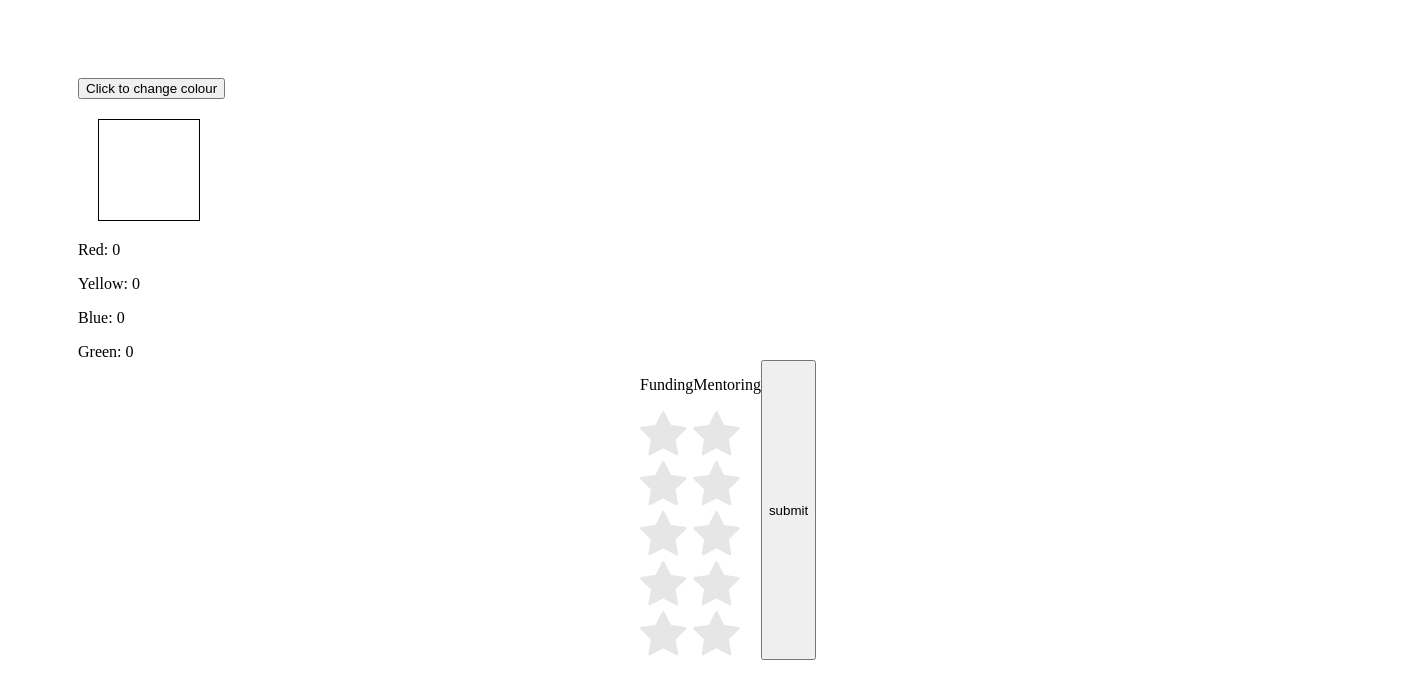
Repository: samalty/star-rating-system-js-test
Page: home.html
The author's editor kept a record of every edit. The page is drawn from the files as they stood at one moment, then again after the next edit.
The browser window is 1280 px wide. The page is 1412 px wide, so the pictures cover 1412 px, including what lies to the right of the window. The pictures show the whole page.

Above is the page before.

After the next edit:
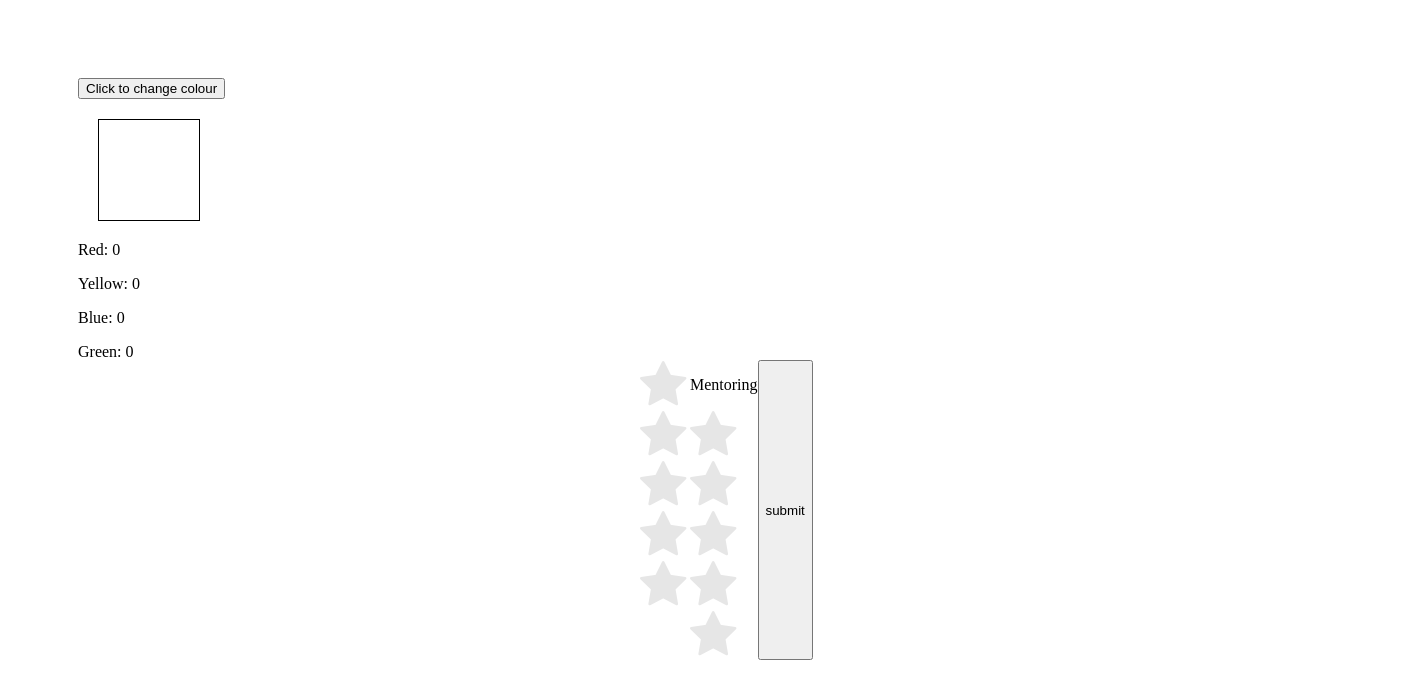
The edit:
--- a/home.html
+++ b/home.html
@@ -20,7 +20,6 @@
         <div class="container">
             <form name="stars" class="starsForm" onsubmit="return overallRating()">
                 <div class="starContainer1">
-                    <p>Funding</p>
                     <input type="radio" name="star" class="star" id="star5" value="5"><label for="star5">
                     </label>
                     <input type="radio" name="star" class="star" id="star4" value="4"><label for="star4">
